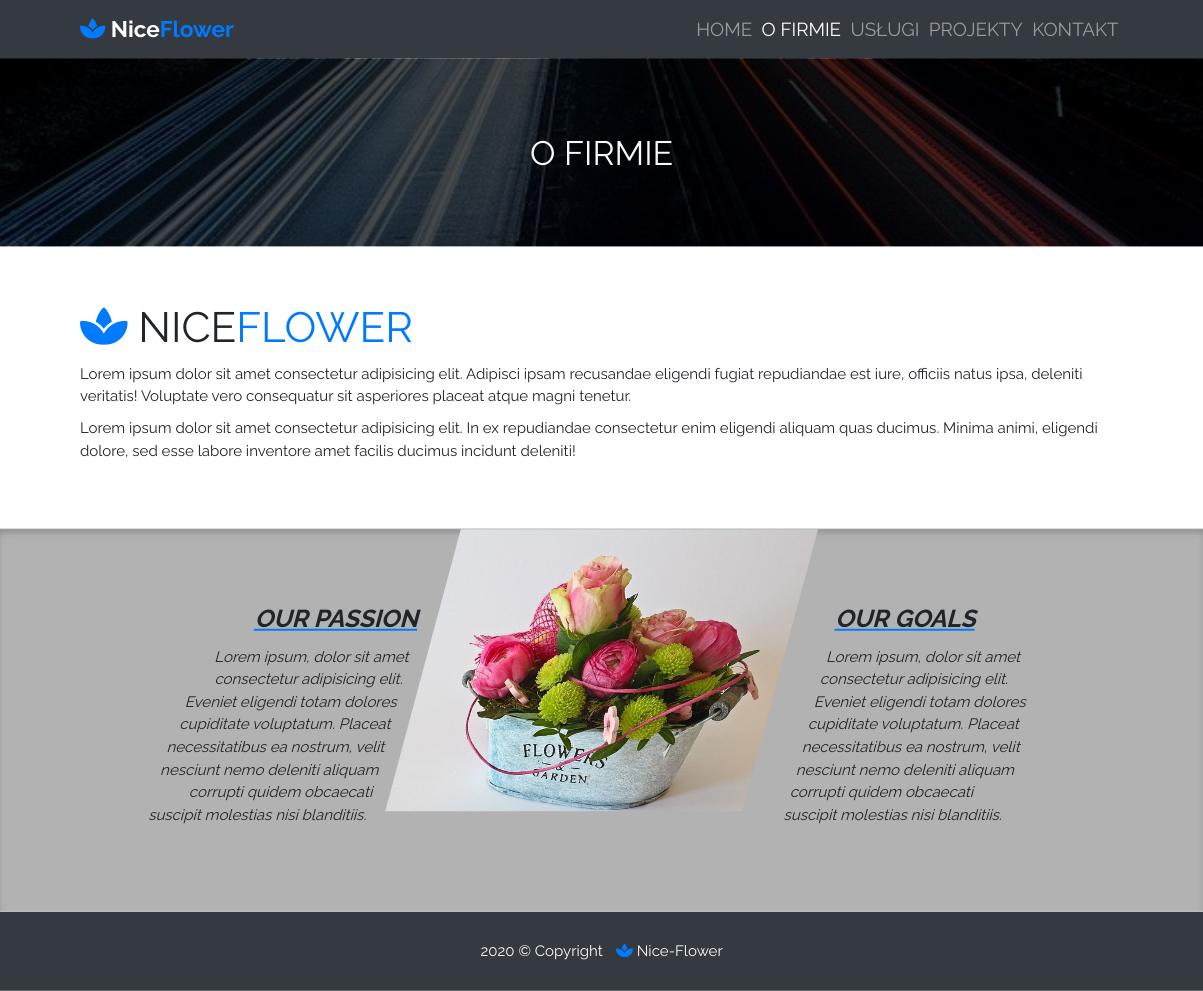
Repository: KrzysKolo/Projekt-13_Kwiaciarnia
Page: abouteus.html
The author's editor kept a copy of each file at every save. The page is drawn from the files as they stood at one save, then again after the next save.
The browser window is 1280 px wide. The pictures show the whole page, at 94% of full size.
Some web libraries are served in a nearby version.

Above is the page before, as saved 2020-08-10 10:11:52.

After the next save:
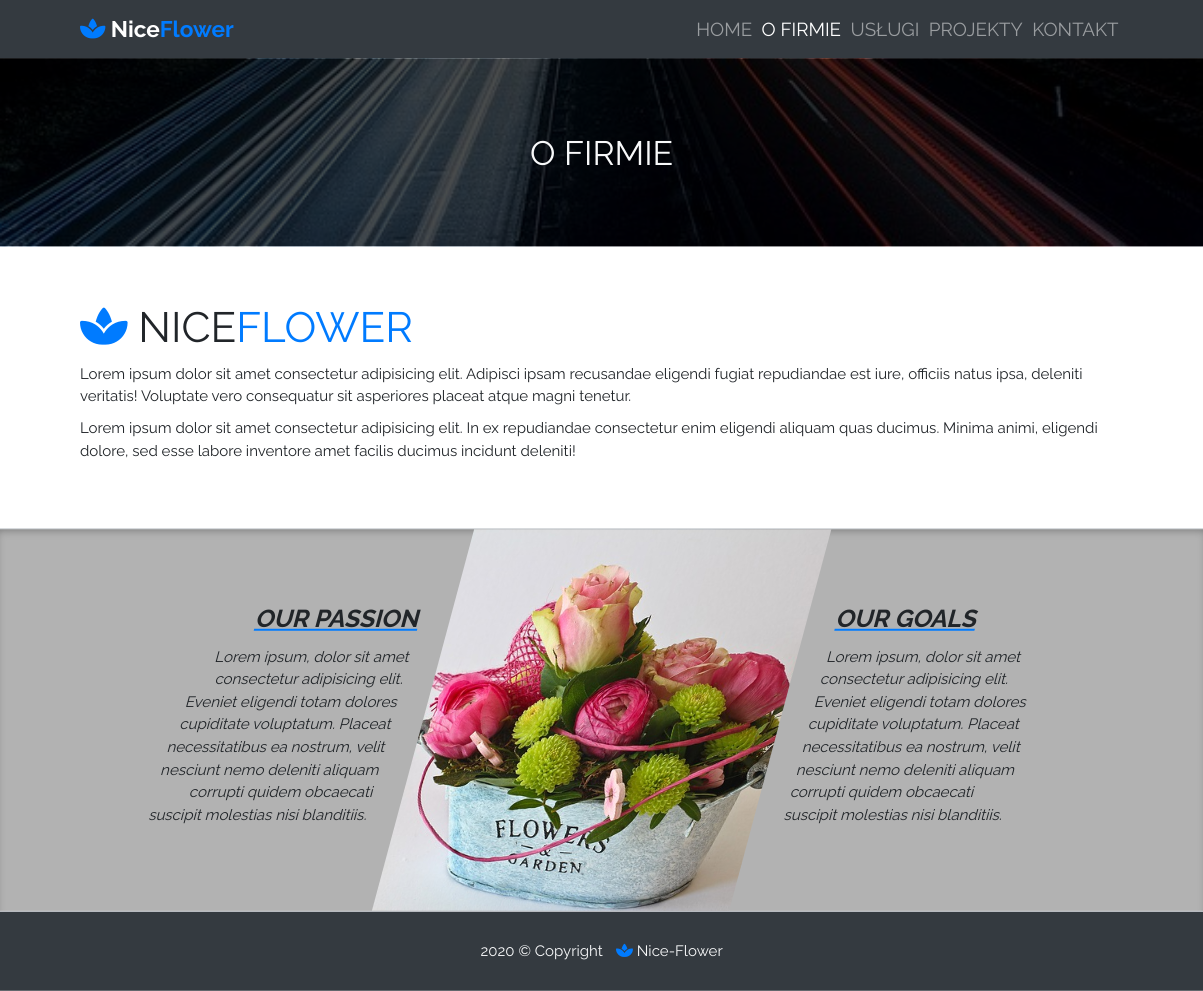
Saved 56 s later.
--- a/style.css
+++ b/style.css
@@ -161,6 +161,7 @@ footer {
     text-align: left;
   }
   .aboutus-img {
+    height: auto;
     transform: skew(-15deg);
   }
 }
